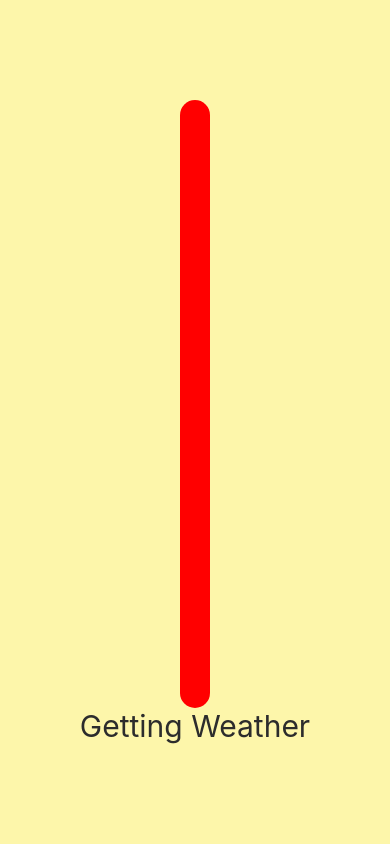
Repository: Exchallenger/Weather-app
Screen: /
An editor plug-in stored every save of this project. The screen is shown before and after the next save, followed by the edit.
The app was drawn by React Native's web renderer in a window 390 px wide. The project was rebuilt for these pictures with package versions that can differ from the ones it lists, and the page was loaded fresh each time. Also part of the build but not shown: weather.js.

Above is the screen before, as saved 2021-01-15 13:42:39.

### App.js
import { StatusBar } from 'expo-status-bar';
import {Alert} from "react-native";
import React, { useEffect, useState } from 'react';
import Loading from './loading';
import * as Location from 'expo-location';
import axios from 'axios';
import Weather from './weather';

const API_KEY = "9e0bfa2c5f6975bf6890d7892b8f2c06";
// api.openweathermap.org/data/2.5/weather?lat=35.544829899999996&lon=129.3517382&appid=9e0bfa2c5f6975bf6890d7892b8f2c06

const App = (props) => {
  const [isLoading, setIsLoading] = useState(true);
  const [temp, setTemp] = useState();
  const [nowweather, setNowWeather] = useState();
  const [city, setCity] = useState();


  // const weathers = ['Thunderstorm','Dizzle','Rain','Snow','Atmosphere','Clear','Clouds','Haze','Mist','Dust'];

  const getWeather = async(latitude, longitude) =>{
      const {data} = await axios.get(
        `https://api.openweathermap.org/data/2.5/weather?lat=${latitude}&lon=${longitude}&appid=${API_KEY}&units=metric`);
        setIsLoading(true);
        const ntemp = data.main.temp;
        setTemp(ntemp);
        const nweather = data.weather[0].main;
        setNowWeather(nweather);
        const ncity = data.name;
        setCity(ncity);
  };
  const getLocation = async() =>{
    try{
      await Location.requestPermissionsAsync();
      const {coords : {latitude, longitude}} = await Location.getCurrentPositionAsync();
      getWeather(latitude, longitude);
    }catch(error){
      Alert.alert("Cat find you", "so sad");
    }}
  useEffect(()=>{
    getLocation();
  },[isLoading]);


  return (isLoading ? <Loading/> : <Weather temp={temp} weather={nowweather} city={city}/>);
};

export default App;

//Math.round(temp)

### loading.js
import React,{Component} from 'react';
import {StyleSheet, Text, View} from "react-native";

export default function Loading(){
    return(
    <View style={styles.container}>
        <View style={styles.load}></View>
        <Text style={styles.text}>Getting Weather</Text>

    </View>);
}

const styles = StyleSheet.create({
    container:{
        flex:3,
        justifyContent:"center",
        alignItems:"center",
        paddingHorizontal:30,
        paddingVertical:100,
        backgroundColor:"#FDF6AA"
    },
    text:{
        color:"#2c2c2c",
        fontSize:30,
    },
    load:{
        flex:1,
        justifyContent:"center",
        alignItems:"center",
        width:30,
        height:1,
        backgroundColor:'red',
        borderRadius:50,
    }
});

After the next save:
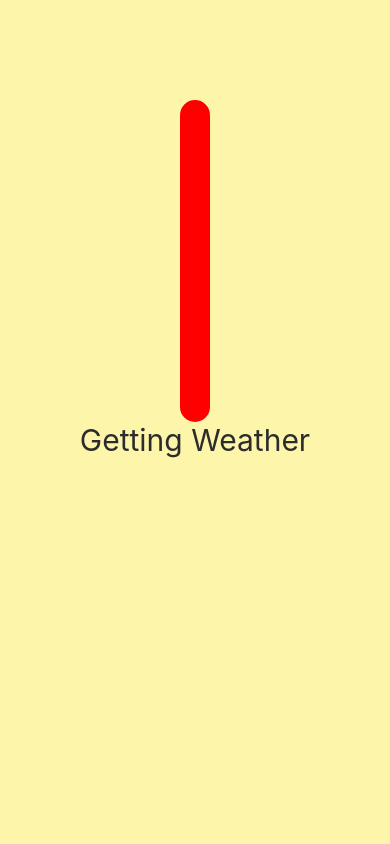
Saved 88 min 21 s later.
--- a/loading.js
+++ b/loading.js
@@ -6,13 +6,12 @@ export default function Loading(){
     <View style={styles.container}>
         <View style={styles.load}></View>
         <Text style={styles.text}>Getting Weather</Text>
-
     </View>);
 }
 
 const styles = StyleSheet.create({
     container:{
-        flex:3,
+        flex:1,
         justifyContent:"center",
         alignItems:"center",
         paddingHorizontal:30,
@@ -20,6 +19,7 @@ const styles = StyleSheet.create({
         backgroundColor:"#FDF6AA"
     },
     text:{
+        flex:1,
         color:"#2c2c2c",
         fontSize:30,
     },
